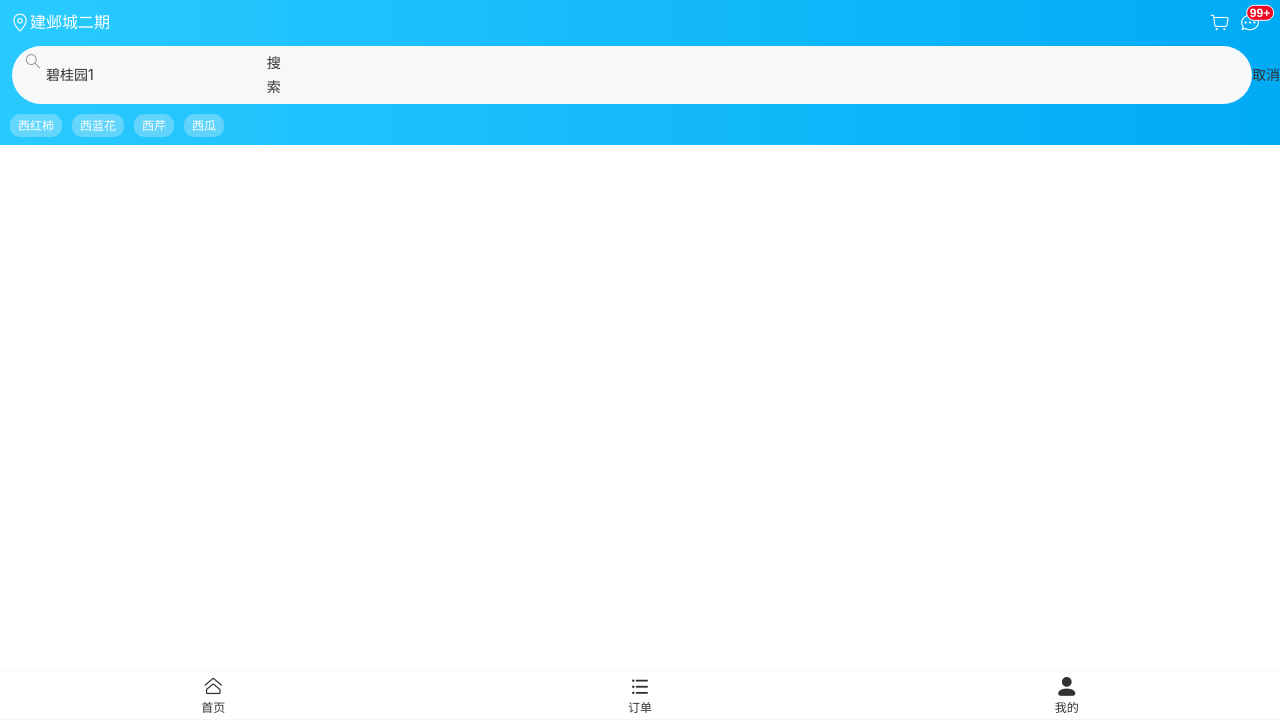
Repository: AhriLovePeach/elm-h5
Page: /
An editor plug-in stored every save of this project. The page is shown before and after the next save, followed by the edit.
The browser window is 1280 px wide. The pictures show the whole page.
The page's requests for data from a server got no answer. The project was rebuilt for these pictures with package versions that can differ from the ones it lists, and the page was loaded fresh each time. No one was signed in, and anything a server would have sent is missing. Also part of the build but not shown: src/components/HelloWorld.vue, src/components/WelcomeItem.vue, src/components/icons/IconDocumentation.vue, src/components/icons/IconTooling.vue, src/components/icons/IconEcosystem.vue, src/components/icons/IconCommunity.vue, src/components/icons/IconSupport.vue, src/components/TheWelcome.vue and 1 more. Imported but missing from the stored project, and not drawn on this page: src/views/tabs/order/OrderView.vue.

Above is the page before, as saved 2025-04-06 15:16:19.

After the next save:
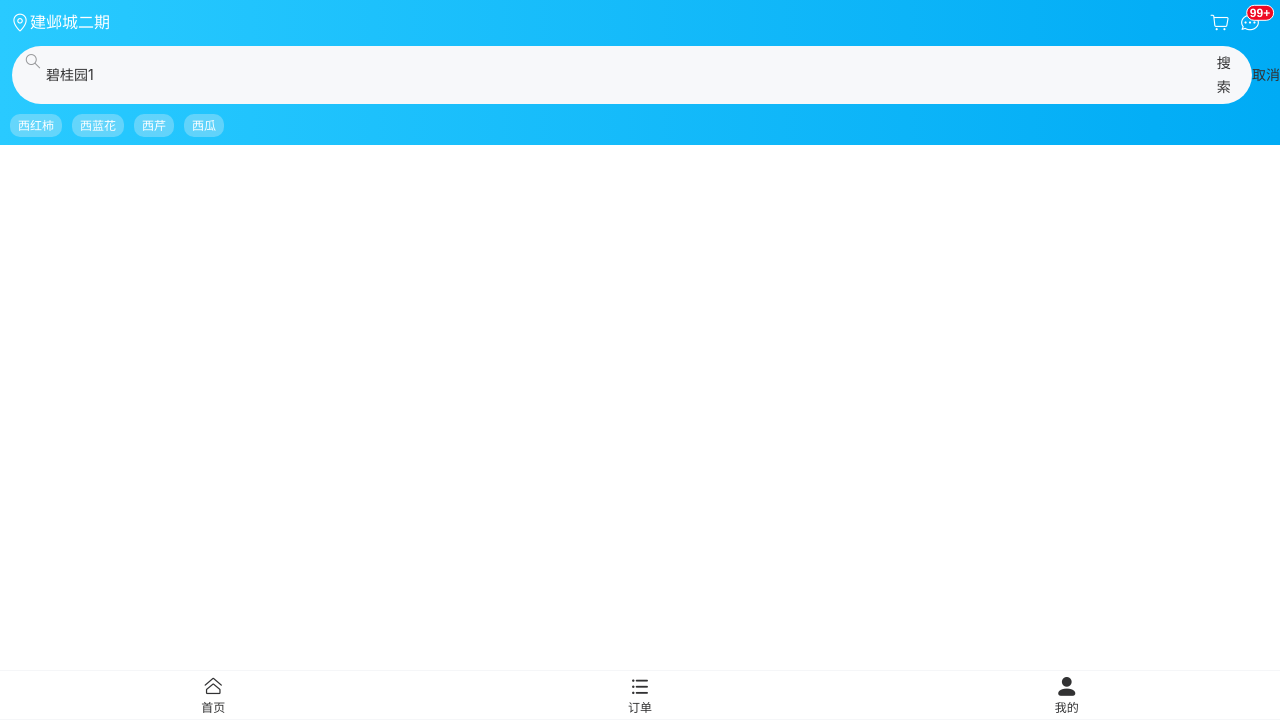
Saved 97 s later.
--- a/src/components/OpSearch.vue
+++ b/src/components/OpSearch.vue
@@ -38,7 +38,7 @@ const onClear = () => {
                 <div class="op-field__left-icon">
                     <van-icon name="search" />
                 </div>
-                <div class="op-cell_value">
+                <div class="op-cell__value">
                     <div class="op-field__body">
                         <input type="search" class="op-field__control" :placeholder="placeholder" :value="modelValue"
                             @keydown="onKeydown"
